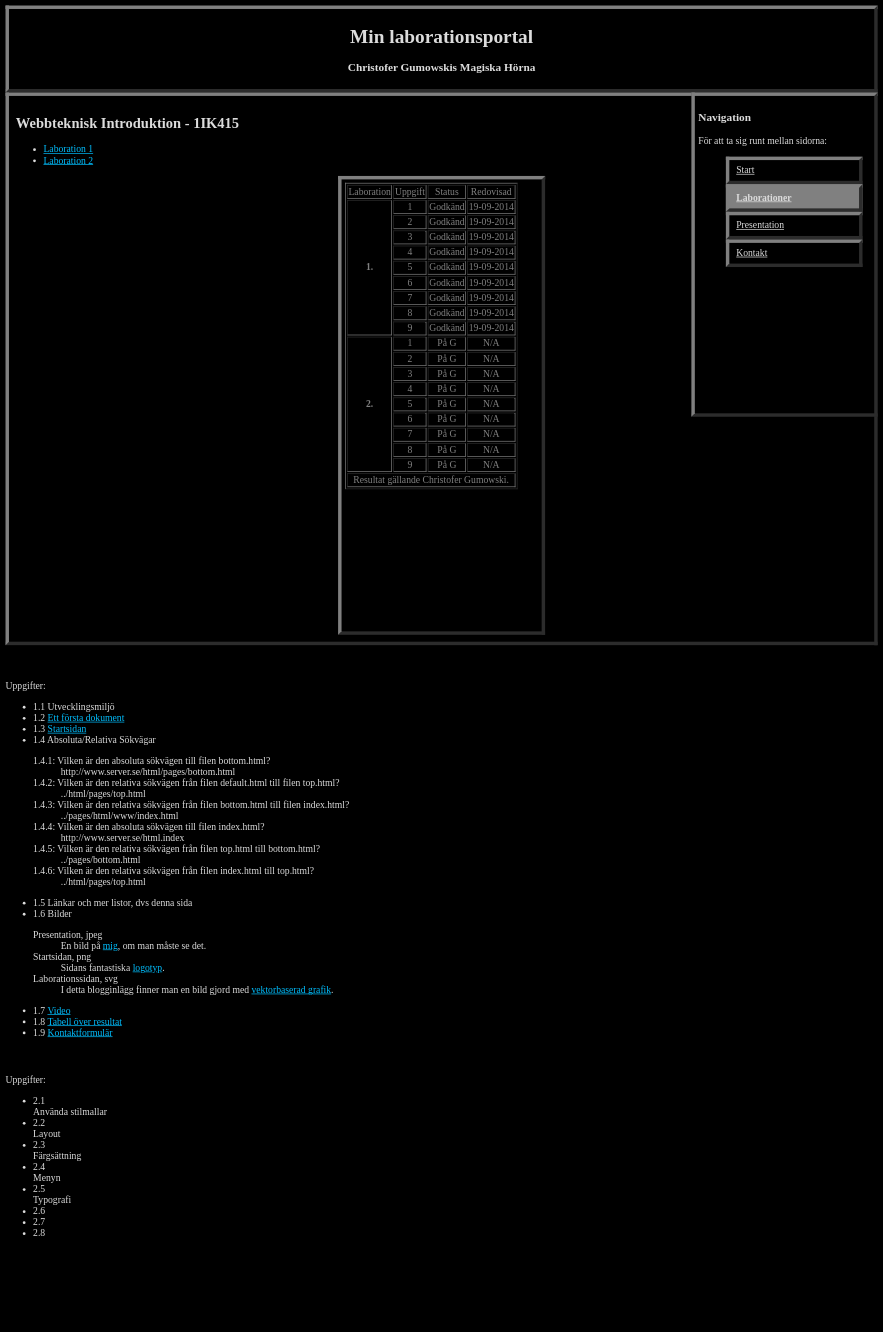
Repository: cg222im/1IK415_cg222im
Page: pages/laborationer.html
The author's editor kept a record of every edit. The page is drawn from the files as they stood at one moment, then again after the next edit.
The browser window is 1280 px wide. The pictures show the whole page, at 69% of full size.

Above is the page before.

### pages/laborationer.html
<!doctype html>
<html lang="sv">
    <head>
        <meta charset="UTF-8" />
        <title>laborationer</title>
        <link rel="stylesheet" href="../css/style.css" />
    </head>

    <body>
    <div id="wrapper">
        <div id="header">
            <h1>Min laborationsportal</h1>
            <h3>Christofer Gumowskis Magiska Hörna</h3>
        </div>


        <div id="nav">
                <h3>Navigation</h3>
                <p>För att ta sig runt mellan sidorna:</p>
                <ul class="navmenu">
                    <li><a href="../index.html">Start</a></li>
                    <li><a href="laborationer.html" id="active">Laborationer</a></li>
                    <li><a href="presentation.html">Presentation</a></li>
                    <li><a href="kontakt.html">Kontakt</a></li>
                </ul>
        </div>

        <div id="main">
        <h2>Webbteknisk Introduktion - 1IK415</h2>

                <ul>
                    <li><a href="#Laboration1">Laboration 1</a></li>
                    <li><a href="#Laboration2">Laboration 2</a></li>
                </ul>

                <div id="table">
                    <!--Uppställd resultattabell-->
                    <a id="resultat"></a>
                    <table border="1">
                        <thead>
                          <tr>
                            <td>Laboration</td>
                            <td>Uppgift</td>
                            <td>Status</td>
                            <td>Redovisad</td>
                          </tr>
                        </thead>

                        <tfoot>
                            <tr>
                              <td colspan="4">Resultat gällande Christofer Gumowski.</td>
                            </tr>
                        </tfoot>

                        <!--Följande kod är något komprimerad för att spara plats-->
                        <tbody>
                          <tr>
                            <th rowspan="9">1.</th>
                            <td>1</td><td>Godkänd</td><td>19-09-2014</td>
                          </tr>
                            <tr><td>2</td><td>Godkänd</td><td>19-09-2014</td></tr>
                            <tr><td>3</td><td>Godkänd</td><td>19-09-2014</td></tr>
                            <tr><td>4</td><td>Godkänd</td><td>19-09-2014</td></tr>
                            <tr><td>5</td><td>Godkänd</td><td>19-09-2014</td></tr>
                            <tr><td>6</td><td>Godkänd</td><td>19-09-2014</td></tr>
                            <tr><td>7</td><td>Godkänd</td><td>19-09-2014</td></tr>
                            <tr><td>8</td><td>Godkänd</td><td>19-09-2014</td></tr>
                            <tr><td>9</td><td>Godkänd</td><td>19-09-2014</td></tr>
                        </tbody>

                        <tbody>
                          <tr>
                               <th rowspan="9">2.</th>
                            <td>1</td><td>På G</td><td>N/A</td>
                          </tr>
                            <tr><td>2</td><td>På G</td><td>N/A</td></tr>
                            <tr><td>3</td><td>På G</td><td>N/A</td></tr>
                            <tr><td>4</td><td>På G</td><td>N/A</td></tr>
                            <tr><td>5</td><td>På G</td><td>N/A</td></tr>
                            <tr><td>6</td><td>På G</td><td>N/A</td></tr>
                            <tr><td>7</td><td>På G</td><td>N/A</td></tr>
                            <tr><td>8</td><td>På G</td><td>N/A</td></tr>
                            <tr><td>9</td><td>På G</td><td>N/A</td></tr>
                        </tbody>
                    </table>
                </div>
        </div>

            <a id="Laboration1"></a>
            <h3>Laboration 1</h3>
            <p>Uppgifter:</p>
                <ul>
                    <li>1.1 Utvecklingsmiljö</li>
                    <li>1.2 <a href="../README.md">Ett första dokument</a></li>
                    <li>1.3 <a href="../index.html">Startsidan</a></li>
                    <li>1.4 Absoluta/Relativa Sökvägar
                        <dl>
                            <dt>1.4.1: Vilken är den absoluta sökvägen till filen bottom.html?</dt>
                                <dd>http://www.server.se/html/pages/bottom.html</dd>
                            <dt>1.4.2: Vilken är den relativa sökvägen från filen default.html till filen top.html?</dt>
                                <dd>../html/pages/top.html</dd>
                            <dt>1.4.3: Vilken är den relativa sökvägen från filen bottom.html till filen index.html?</dt>
                                <dd>../pages/html/www/index.html</dd>
                            <dt>1.4.4: Vilken är den absoluta sökvägen till filen index.html?</dt>
                                <dd>http://www.server.se/html.index</dd>
                            <dt>1.4.5: Vilken är den relativa sökvägen från filen top.html till bottom.html?</dt>
                                <dd>../pages/bottom.html</dd>
                            <dt>1.4.6: Vilken är den relativa sökvägen från filen index.html till top.html?</dt>
                                <dd>../html/pages/top.html</dd>
                        </dl></li>
                    <li>1.5 Länkar och mer listor, dvs denna sida</li>
                    <li>1.6 Bilder
                        <dl>
                            <dt>Presentation, jpeg</dt>
                                <dd>En bild på <a href="presentation.html#portrait">mig</a>, om man måste se det.</dd>
                            <dt>Startsidan, png</dt>
                                <dd>Sidans fantastiska <a href="../pics/logo.png">logotyp</a>.</dd>
                            <dt>Laborationssidan, svg</dt>
                                <dd>I detta blogginlägg finner man en bild gjord med <a href="../index.html#svgBlogg">vektorbaserad grafik</a>.</dd>
                        </dl></li>
                    <li>1.7 <a href="../index.html#trailer">Video</a></li>
                    <li>1.8 <a href="#resultat">Tabell över resultat</a></li>
                    <li>1.9 <a href="kontakt.html">Kontaktformulär</a></li>
                </ul>


            <a id="Laboration2"></a>
            <h3>Laboration 2</h3>
            <p>Uppgifter:</p>
                <ul>
                    <li>2.1</li> Använda stilmallar
                    <li>2.2</li> Layout
                    <li>2.3</li> Färgsättning
                    <li>2.4</li> Menyn
                    <li>2.5</li> Typografi
                    <li>2.6</li>
                    <li>2.7</li>
                    <li>2.8</li>
                </ul>
        </div>
    </div>
    </body>

</html>

### css/style.css

html, body {height: 100%;}
p {color: #DCDCDC;}
table {text-align: center;}
ul {color: #DCDCDC;}

a:link { color: #00BFFF; }
a:visited { color: purple; }
a:focus { color: yellow; }
a:hover { color: yellow; }
a:active { color: silver; }

body {
    background-color: black;
    font-family: "Times New Roman", Helvetica, Arial, sans-serif;
    font-size: 14px;
}
#wrapper {
    background-color: black;
    min-height: 100%;
    margin: auto 0 auto 0;
    margin-bottom: -120px;


}
#header {
    border-style: outset;
    border-width: 5px;
    border-color: gray;
    background-color:black;
    color: #DCDCDC;
    text-align: center;
    padding: 5px;
}
#main {
    border-style: outset;
    border-width: 5px;
    border-color: gray;
    background-color: black;
    color: #DCDCDC;
    text-align: left;
    padding: 10px;
}
#wrapper:after {
    content:"";
    display:block;
    height: 120px;
}
.footer {
    border-style: inset;
    border-width: 5px;
    border-color: gray;
    background-color: black;
    color: #DCDCDC;
    clear: both;
    text-align: left;
    padding: 5px;
    height: 120pX;


}
#table {
    text-align: center;
    margin: 0 auto;
    width: 280px;
    /* Kan behöva komma att ändra storlek allt eftersom; dela upp i Laborationer/kolumner? */
    height: 645px;
    margin-left: auto;
    margin-top: auto;
    border-style: outset;
    border-width: 5px;
    border-color: gray;
    background-color:black;
    color: gray;
    padding: 5px;
}
/* för form i kontakt.html vars sidas formatering inte fungerar? */
#form {
    height: 100%;
    float: left;
    border-style: outset;
    border-width: 5px;
    border-color: gray;
    background-color:black;
    color: #DCDCDC;
    padding: 5px;
}


#nav {
    margin: 0;
    padding: 5;
    width:250px;
    border-style: outset;
    border-width: 5px;
    border-color:gray;
    background-color: black;
    color: #DCDCDC;
    height: 450px;
    float: right;
    padding: 5px;
}

.navmenu {
    list-style: none;
}
.navmenu li a:hover {
    background-color: gray;
    color: yellow;
}
.navmenu li a:focus {
    background-color: gray;
    color: yellow;
}
.navmenu li a {
    line-height: 30px;
    border-style: outset;
    border-width: 5px;
    border-color: gray;
    background-color: black;
    color: #DCDCDC;
    display: block;
    width: 80%;
    padding: 0px 10px;

}
#active {
    display: block;
    font-weight: bold;
    background-color: gray;
}

#logo {
    display: block;
    height: 200px;
    background-image: url(pics/logo2.png);

}
.thumb {
    display: block;
    height: 16px;
    width: 20px;
    background-image: url(pics/thumb2.png);
    float: left;

}

After the next edit:
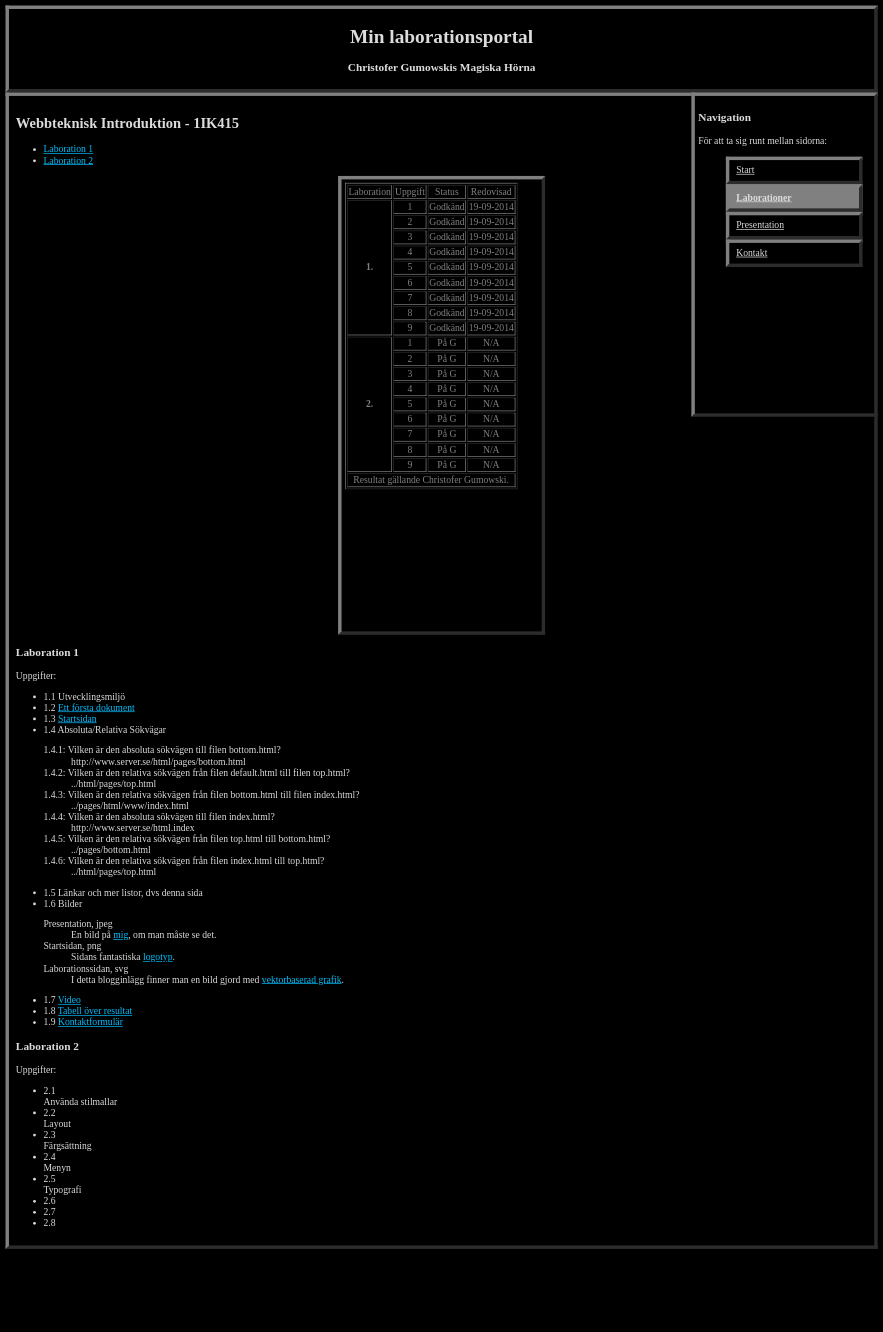
The edit:
--- a/pages/laborationer.html
+++ b/pages/laborationer.html
@@ -28,63 +28,62 @@
         <div id="main">
         <h2>Webbteknisk Introduktion - 1IK415</h2>
 
-                <ul>
-                    <li><a href="#Laboration1">Laboration 1</a></li>
-                    <li><a href="#Laboration2">Laboration 2</a></li>
-                </ul>
+            <ul>
+                <li><a href="#Laboration1">Laboration 1</a></li>
+                <li><a href="#Laboration2">Laboration 2</a></li>
+            </ul>
 
-                <div id="table">
-                    <!--Uppställd resultattabell-->
-                    <a id="resultat"></a>
-                    <table border="1">
-                        <thead>
-                          <tr>
-                            <td>Laboration</td>
-                            <td>Uppgift</td>
-                            <td>Status</td>
-                            <td>Redovisad</td>
-                          </tr>
-                        </thead>
+            <div id="table">
+                <!--Uppställd resultattabell-->
+                <a id="resultat"></a>
+                <table border="1">
+                    <thead>
+                      <tr>
+                        <td>Laboration</td>
+                        <td>Uppgift</td>
+                        <td>Status</td>
+                        <td>Redovisad</td>
+                      </tr>
+                    </thead>
 
-                        <tfoot>
-                            <tr>
-                              <td colspan="4">Resultat gällande Christofer Gumowski.</td>
-                            </tr>
-                        </tfoot>
+                    <tfoot>
+                        <tr>
+                          <td colspan="4">Resultat gällande Christofer Gumowski.</td>
+                        </tr>
+                    </tfoot>
 
-                        <!--Följande kod är något komprimerad för att spara plats-->
-                        <tbody>
-                          <tr>
-                            <th rowspan="9">1.</th>
-                            <td>1</td><td>Godkänd</td><td>19-09-2014</td>
-                          </tr>
-                            <tr><td>2</td><td>Godkänd</td><td>19-09-2014</td></tr>
-                            <tr><td>3</td><td>Godkänd</td><td>19-09-2014</td></tr>
-                            <tr><td>4</td><td>Godkänd</td><td>19-09-2014</td></tr>
-                            <tr><td>5</td><td>Godkänd</td><td>19-09-2014</td></tr>
-                            <tr><td>6</td><td>Godkänd</td><td>19-09-2014</td></tr>
-                            <tr><td>7</td><td>Godkänd</td><td>19-09-2014</td></tr>
-                            <tr><td>8</td><td>Godkänd</td><td>19-09-2014</td></tr>
-                            <tr><td>9</td><td>Godkänd</td><td>19-09-2014</td></tr>
-                        </tbody>
+                    <!--Följande kod är något komprimerad för att spara plats-->
+                    <tbody>
+                      <tr>
+                        <th rowspan="9">1.</th>
+                        <td>1</td><td>Godkänd</td><td>19-09-2014</td>
+                      </tr>
+                        <tr><td>2</td><td>Godkänd</td><td>19-09-2014</td></tr>
+                        <tr><td>3</td><td>Godkänd</td><td>19-09-2014</td></tr>
+                        <tr><td>4</td><td>Godkänd</td><td>19-09-2014</td></tr>
+                        <tr><td>5</td><td>Godkänd</td><td>19-09-2014</td></tr>
+                        <tr><td>6</td><td>Godkänd</td><td>19-09-2014</td></tr>
+                        <tr><td>7</td><td>Godkänd</td><td>19-09-2014</td></tr>
+                        <tr><td>8</td><td>Godkänd</td><td>19-09-2014</td></tr>
+                        <tr><td>9</td><td>Godkänd</td><td>19-09-2014</td></tr>
+                    </tbody>
 
-                        <tbody>
-                          <tr>
-                               <th rowspan="9">2.</th>
-                            <td>1</td><td>På G</td><td>N/A</td>
-                          </tr>
-                            <tr><td>2</td><td>På G</td><td>N/A</td></tr>
-                            <tr><td>3</td><td>På G</td><td>N/A</td></tr>
-                            <tr><td>4</td><td>På G</td><td>N/A</td></tr>
-                            <tr><td>5</td><td>På G</td><td>N/A</td></tr>
-                            <tr><td>6</td><td>På G</td><td>N/A</td></tr>
-                            <tr><td>7</td><td>På G</td><td>N/A</td></tr>
-                            <tr><td>8</td><td>På G</td><td>N/A</td></tr>
-                            <tr><td>9</td><td>På G</td><td>N/A</td></tr>
-                        </tbody>
-                    </table>
-                </div>
-        </div>
+                    <tbody>
+                      <tr>
+                           <th rowspan="9">2.</th>
+                        <td>1</td><td>På G</td><td>N/A</td>
+                      </tr>
+                        <tr><td>2</td><td>På G</td><td>N/A</td></tr>
+                        <tr><td>3</td><td>På G</td><td>N/A</td></tr>
+                        <tr><td>4</td><td>På G</td><td>N/A</td></tr>
+                        <tr><td>5</td><td>På G</td><td>N/A</td></tr>
+                        <tr><td>6</td><td>På G</td><td>N/A</td></tr>
+                        <tr><td>7</td><td>På G</td><td>N/A</td></tr>
+                        <tr><td>8</td><td>På G</td><td>N/A</td></tr>
+                        <tr><td>9</td><td>På G</td><td>N/A</td></tr>
+                    </tbody>
+                </table>
+            </div>
 
             <a id="Laboration1"></a>
             <h3>Laboration 1</h3>
